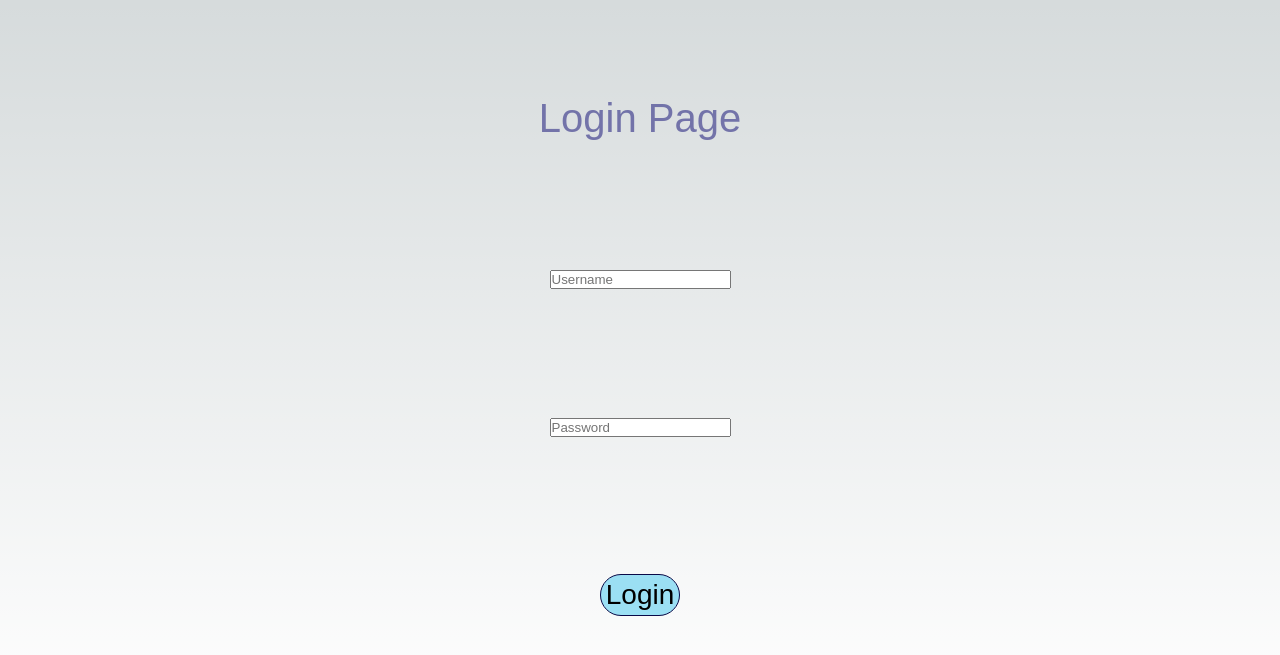
Repository: SaraShio/counter
Page: /
The author's editor kept a copy of each file at every save. The page is drawn from the files as they stood at one save, then again after the next save.
The browser window is 1280 px wide. The pictures show the whole page.
The project was rebuilt for these pictures with package versions that can differ from the ones it lists, and the page was loaded fresh each time. The framework's server and built-in components were replaced by stand-ins that run in the browser. Also part of the build but not shown: next.config.js.

Above is the page before, as saved 2023-01-15 22:31:43.

### pages/index.js
import Head from 'next/head'
import Image from 'next/image'
import { Inter } from '@next/font/google'
import styles from '../styles/Home.module.css'
import { useEffect, useState } from 'react'
import { useRouter } from 'next/router'


const inter = Inter({ subsets: ['latin'] })

export default function Home() {

  const router = useRouter();

  const [formData, setFormData] = useState({
    firstName: '',
    username: '',
  })

  const CheckLogin = () => {
    console.log(formData.firstName);
    console.log(formData);

    if (formData.username !== null) {
      router.push({
        pathname: './counter',
        query: {
          username: formData.firstName
        }
      })
    }
  }


  return (
    <>
      <Head>
        <title>Create Next App</title>
        <meta name="description" content="Generated by create next app" />
        <meta name="viewport" content="width=device-width, initial-scale=1" />
        <link rel="icon" href="/favicon.ico" />
      </Head>
      <main className={styles.main}>
        <label>Login Page</label>
        <input
          placeholder='Username'
          type="text"
          id="first"
          name="first"
          pattern="[A-Z]{1}[a-z]{2-10}"
          title="The first letter should be uppercase"
          onChange={(e => setFormData({ ...formData, firstName: e.target.value }))}
        />

        <input
          placeholder='Password'
          type="text"
          id="username"
          name="username"
          required
          minLength="5"
          maxLength="10"
          onChange={(e => setFormData({ ...formData, username: e.target.value }))}

        />


        <button className={styles.submit} type="submit" onClick={() => CheckLogin()}>Login</button>

      </main>
    </>
  )
}

### styles/globals.css
:root {
  --max-width: 1100px;
  --border-radius: 12px;
  --font-mono: ui-monospace, Menlo, Monaco, 'Cascadia Mono', 'Segoe UI Mono',
    'Roboto Mono', 'Oxygen Mono', 'Ubuntu Monospace', 'Source Code Pro',
    'Fira Mono', 'Droid Sans Mono', 'Courier New', monospace;

  --foreground-rgb: 0, 0, 0;
  --background-start-rgb: 214, 219, 220;
  --background-end-rgb: 255, 255, 255;
  --purple: #874e93;
  --medium-purple: #6565a2e3;
  --dark-gray: #434346;
  --deep-blue: #0a0a47;
  --light-blue: #51ccf18c;
  --extra-large-header-font: 52px;
  --large-header-font: 40px;
  --medium-header-font: 32px;
  --small-header-font: 24px;
  --new-font: 'Raleway', sans-serif, 'Unbounded', cursive;
  --padding: 16px;


  --primary-glow: conic-gradient(from 180deg at 50% 50%,
      #16abff33 0deg,
      #0885ff33 55deg,
      #54d6ff33 120deg,
      #0071ff33 160deg,
      transparent 360deg);
  --secondary-glow: radial-gradient(rgba(255, 255, 255, 1),
      rgba(255, 255, 255, 0));

  --tile-start-rgb: 239, 245, 249;
  --tile-end-rgb: 228, 232, 233;
  --tile-border: conic-gradient(#00000080,
      #00000040,
      #00000030,
      #00000020,
      #00000010,
      #00000010,
      #00000080);

  --callout-rgb: 238, 240, 241;
  --callout-border-rgb: 172, 175, 176;
  --card-rgb: 180, 185, 188;
  --card-border-rgb: 131, 134, 135;
}

@media (prefers-color-scheme: dark) {
  :root {
    --foreground-rgb: 255, 255, 255;
    --background-start-rgb: 0, 0, 0;
    --background-end-rgb: 0, 0, 0;

    --primary-glow: radial-gradient(rgba(1, 65, 255, 0.4), rgba(1, 65, 255, 0));
    --secondary-glow: linear-gradient(to bottom right,
        rgba(1, 65, 255, 0),
        rgba(1, 65, 255, 0),
        rgba(1, 65, 255, 0.3));

    --tile-start-rgb: 2, 13, 46;
    --tile-end-rgb: 2, 5, 19;
    --tile-border: conic-gradient(#ffffff80,
        #ffffff40,
        #ffffff30,
        #ffffff20,
        #ffffff10,
        #ffffff10,
        #ffffff80);

    --callout-rgb: 20, 20, 20;
    --callout-border-rgb: 108, 108, 108;
    --card-rgb: 100, 100, 100;
    --card-border-rgb: 200, 200, 200;
  }
}

* {
  box-sizing: border-box;
  padding: 0;
  margin: 0;
}

html,
body {
  max-width: 100vw;
  overflow-x: hidden;
}

body {
  color: rgb(var(--foreground-rgb));
  background: linear-gradient(to bottom,
      transparent,
      rgb(var(--background-end-rgb))) rgb(var(--background-start-rgb));
}

a {
  color: inherit;
  text-decoration: none;
}

@media (prefers-color-scheme: dark) {
  html {
    color-scheme: dark;
  }
}

### styles/Home.module.css
.main {
  display: flex;
  flex-direction: column;
  justify-content: space-between;
  align-items: center;
  padding: 6rem;
  min-height: 100vh;
  color: var(--medium-purple);
  font-size: var(--large-header-font);
  font-family: var(--new-font);
}

.submit {
  background-color: var(--light-blue);
  border: 0.5px solid var(--deep-blue);
  width: 80px;
  border-radius: 1000px;
  font-size: 28px;
  font-family: var(--new-font);
  margin: 8px;
  padding: 4px;
}

Loaded but not shown: pages/_app.js (common file); pages/_document.js (common file)

After the next save:
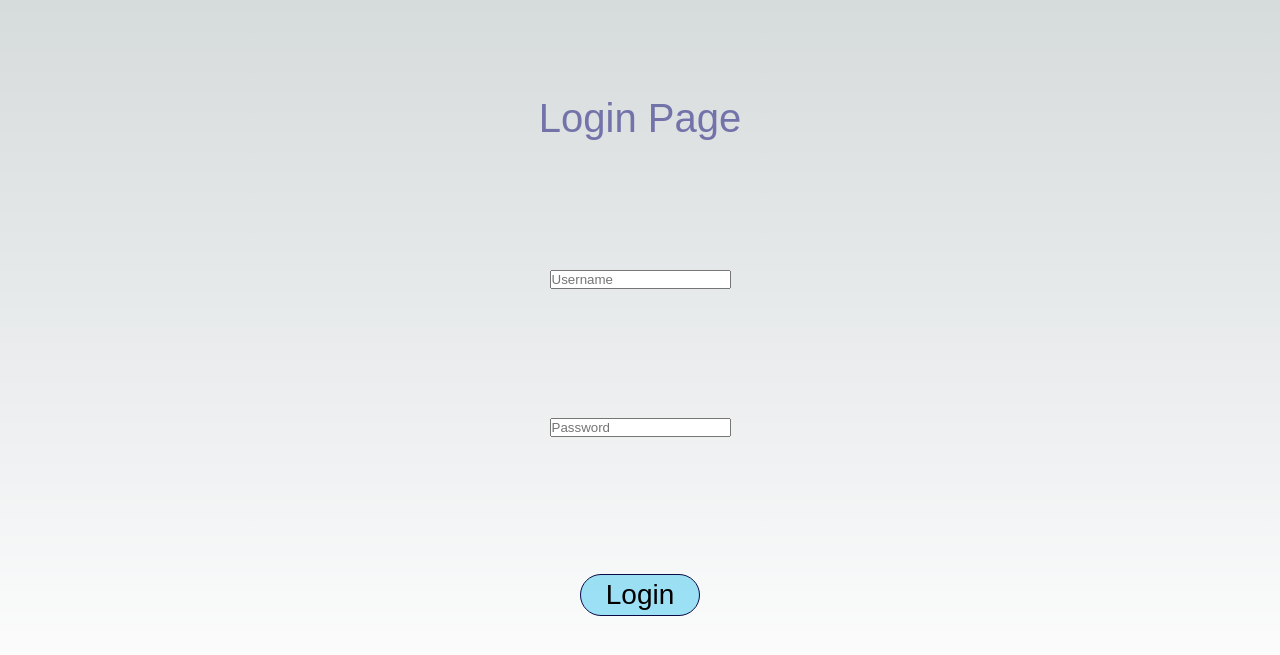
Saved 12 s later.
--- a/styles/Home.module.css
+++ b/styles/Home.module.css
@@ -13,7 +13,7 @@
 .submit {
   background-color: var(--light-blue);
   border: 0.5px solid var(--deep-blue);
-  width: 80px;
+  width: 120px;
   border-radius: 1000px;
   font-size: 28px;
   font-family: var(--new-font);
